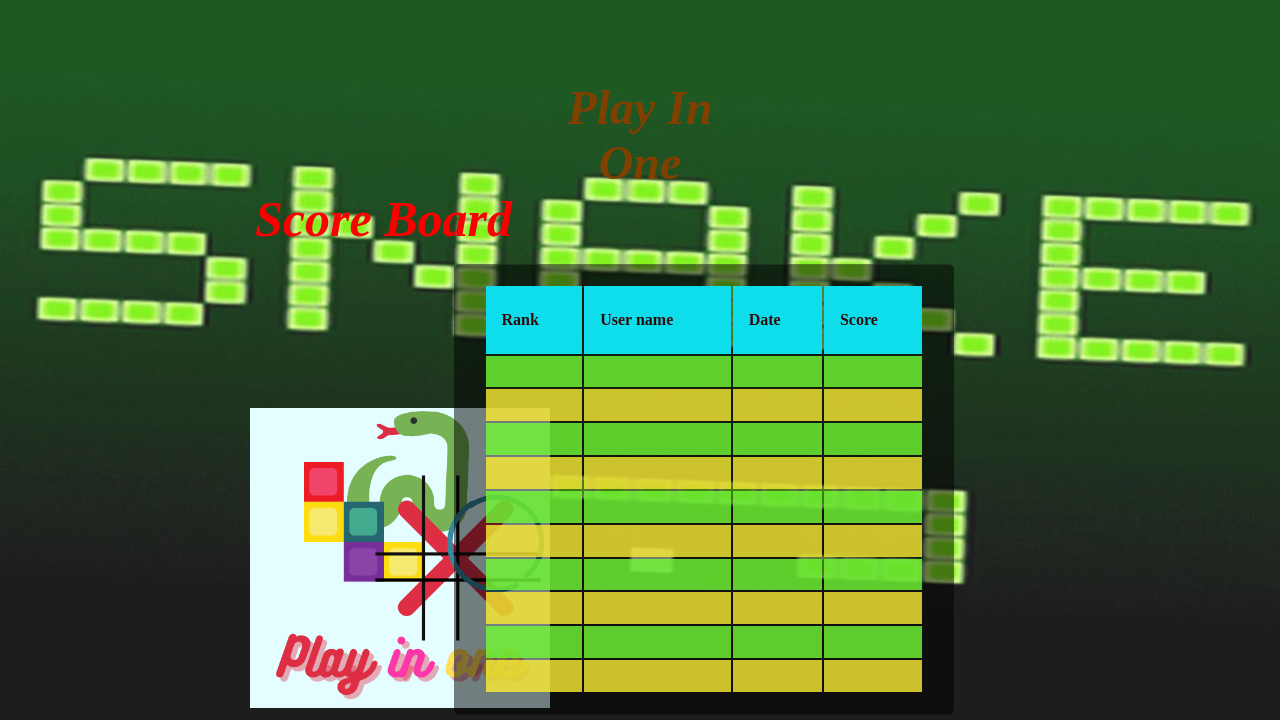
Repository: Syeda-Somiya-Tasnim/Game-Develepment-Project
Page: hs-snake.html
These files come from the project's save history. The page is drawn as it stood at one moment and after the next save; the edit follows.
The browser window is 1280 px wide. The pictures show the whole page.

Above is the page before, as saved 2020-10-26 13:14:51.

### hs-snake.html
<!DOCTYPE html>
<head>
<meta charset="ISO-8859-1">
<title>play in one gaming website</title>
<link href="hs-snake.css" rel="stylesheet" type="text/css">

</head>
<body>

	<div class="main_div">

  <h1><font size="70" color="#804000">Play In One</font></h1>

	<h2>Score Board</h2><br>
  </div>

<div class="contenido">
    <div class="container">
    <div class="box">
        <div class="image">
            <img src="images/Play In One.png">
        </div>

<div class="form">
<ul class="backgroundslider">
	<li></li>
	<li></li>
	<li></li>
  </ul>

<form action="login.py" method="POST">
<div>

<form action="#">

    <main>

	<table class="login">

        <tr>
          <th>Rank</th>
          <th>User name</th>
          <th>Date</th>
          <th>Score</th>
        </tr>

        <tr>
          <td></td>
          <td></td>
          <td></td>
          <td></td>
        </tr>
        <tr>
          <td></td>
          <td></td>
          <td></td>
          <td></td>
        </tr>
        <tr>
          <td></td>
          <td></td>
          <td></td>
          <td></td>
        </tr>
        <tr>
          <td></td>
          <td></td>
          <td></td>
          <td></td>
        </tr>
        <tr>
          <td></td>
          <td></td>
          <td></td>
          <td></td>
        </tr>
        <tr>
          <td></td>
          <td></td>
          <td></td>
          <td></td>
        </tr>
        <tr>
          <td></td>
          <td></td>
          <td></td>
          <td></td>
        </tr>
        <tr>
          <td></td>
          <td></td>
          <td></td>
          <td></td>
        </tr>
        <tr>
          <td></td>
          <td></td>
          <td></td>
          <td></td>
        </tr>
        <tr>
          <td></td>
          <td></td>
          <td></td>
          <td></td>
        </tr>

      </table>
    </main>
</form>
</div>
</div>

</div>

</body>
</html>

### hs-snake.css
@CHARSET "ISO-8859-1";
* {
	margin:0px;
	padding:0px;
}
h2{
	text-align: center;
	right: 60%;
	margin: 0px auto;
	color:rgb(250, 0, 0);
	font-size:50px;
	border-radius: 5px;
	position: absolute;
	top: 10;
}
.login {

	width: 500px;
	height: 450px;
	position: relative;
	top: 70px;
	right: 70%;
	margin: -184px 0px 0px -155px;
	background: rgba(0,0,0,0.5);
	padding: 20px 30px;
	border-radius: 5px;
	box-shadow: 0px 1px 0px rgba(0,0,0,0.3),inset 0px 1px 0px rgba(255,255,255,0.07)
  }
main {
    display: flex;
	justify-content: center;
	left: 20%;
  }

  table {
    max-width: 150%;
  }

  tr:nth-child(odd) {
	background-color: rgba(250, 237, 53, 0.808);
	color: rgb(0, 0, 0);
  }
  tr:nth-child(even) {
	background-color: rgba(115, 250, 53, 0.808);
	color: rgb(48, 13, 13);
  }

  th {
    background-color: rgb(14, 222, 236);
    color: rgb(48, 13, 13);
  }

  th,
  td {
    text-align: left;
    padding: 0.5em 1em;
  }
		{
			position: relative;
			width: 100%;
			height: 600%;
		}
		.container .box
		{
			position: relative;
			width: 100%;
			height: 300px;
			display: flex;
			justify-content: last baseline;
			align-items:left;
			top: 170px;
		}
		.container .box .image
		{
			position: relative;


        }
        .container .box .image img
		{
			position: relative;
            width: 300px;
            top: 10%;
            right: 100%;

		}
.main_div{
	text-align:center;
	color:#804000;
	font-size:-120px;
	margin-top:-120px;
	position:top;
	font-style: italic;

}

body{

padding:200px;
padding-left:550px;
padding-right:550px;
 -webkit-background-size: cover;
  -moz-background-size: cover;
  -o-background-size: cover;
  background-size: cover;
  color: #e7e7e7;

}





.contenido {
	width:100%;
	height:200px;
}
.backgroundslider {
	width:100%;
	height:100%;
	position:fixed;
	top:0px;
	left:0px;
	z-index:-1;
}
.backgroundslider li {
	position:absolute;
	width:100%;
	height:100%;
	background-position:center center;
	background-repeat:no-repeat;
	background-size:cover;
	opacity:0;
	animation:imagenes 18s linear infinite;
	-moz-animation:imagenes 18s linear infinite;
	-ms-animation:imagenes 18s linear infinite;
	-o-animation:imagenes 18s linear infinite;
	-webkit-animation:imagenes 18s linear infinite;
}
.backgroundslider li:nth-child(1) {
	background-image:url(images/SNALE.jpeg);
}
.backgroundslider li:nth-child(2) {
	background-image:url(images/TETRIS.jpeg);
	animation-delay:6s;
	-moz-animation-delay:6s;
	-ms-animation-delay:6s;
	-o-animation-delay:6s;
	-webkit-animation-delay:6s;
}
.backgroundslider li:nth-child(3) {
	background-image:url(images/TICTAC.jpeg);
	animation-delay:12s;
	-moz-animation-delay:12s;
	-ms-animation-delay:12s;
	-o-animation-delay:12s;
	-webkit-animation-delay:12s;
}
@keyframes imagenes {
	0% { opacity:0; animation-timing-function:ease-in; }
	10% { opacity:1; animation-timing-function:ease-out; }
	25% { opacity:1; transform:scale(1); }
	50% { opacity:0; transform:scale(2) rotate(20deg); }
	100% { opacity:0; }
}
@-moz-keyframes imagenes {
	0% { opacity:0; animation-timing-function:ease-in; }
	10% { opacity:1; animation-timing-function:ease-out; }
	25% { opacity:1; transform:scale(1); }
	50% { opacity:0; transform:scale(2) rotate(20deg); }
	100% { opacity:0; }
}
@-o-keyframes imagenes {
	0% { opacity:0; animation-timing-function:ease-in; }
	10% { opacity:1; animation-timing-function:ease-out; }
	25% { opacity:1; transform:scale(1); }
	50% { opacity:0; transform:scale(2) rotate(20deg); }
	100% { opacity:0; }
}
@-ms-keyframes imagenes {
	0% { opacity:0; animation-timing-function:ease-in; }
	10% { opacity:1; animation-timing-function:ease-out; }
	25% { opacity:1; transform:scale(1); }
	50% { opacity:0; transform:scale(2) rotate(20deg); }
	100% { opacity:0; }
}
@-webkit-keyframes imagenes {
	0% { opacity:0; animation-timing-function:ease-in; }
	10% { opacity:1; animation-timing-function:ease-out; }
	25% { opacity:1; transform:scale(1); }
	50% { opacity:0; transform:scale(2) rotate(20deg); }
	100% { opacity:0; }
}

}

After the next save:
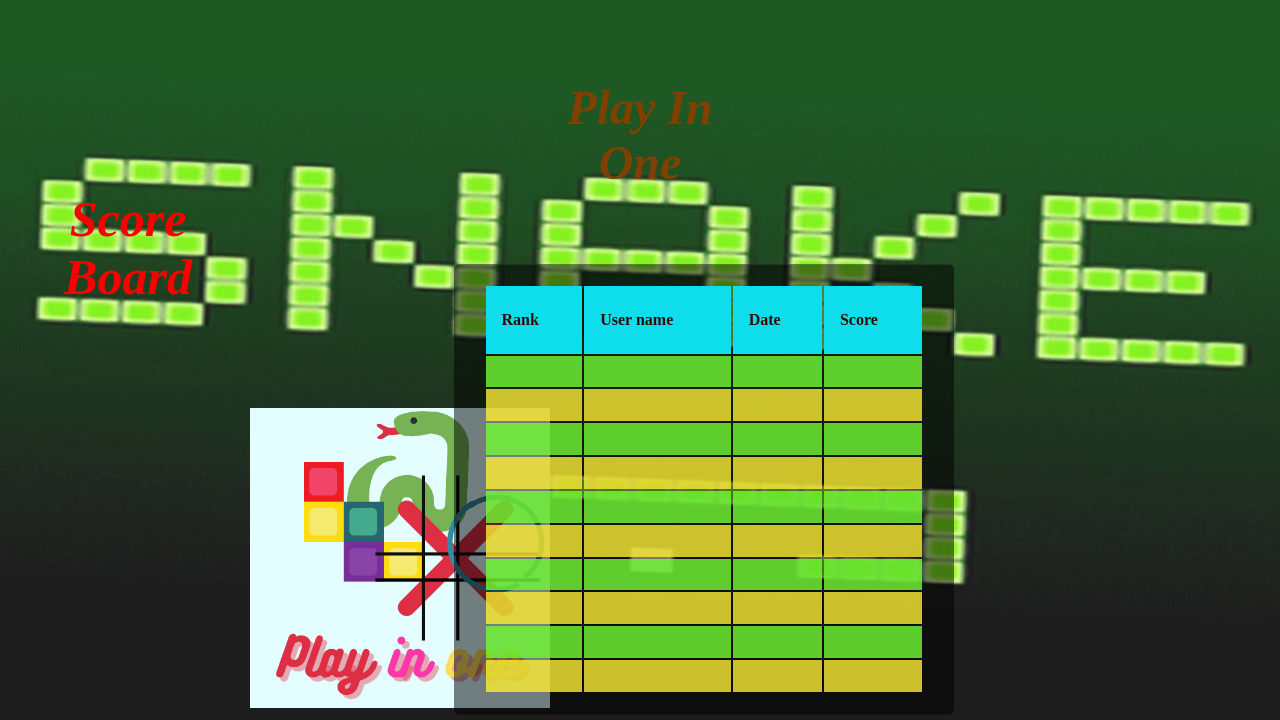
Saved 19 s later.
--- a/hs-snake.css
+++ b/hs-snake.css
@@ -5,7 +5,7 @@
 }
 h2{
 	text-align: center;
-	right: 60%;
+	right: 80%;
 	margin: 0px auto;
 	color:rgb(250, 0, 0);
 	font-size:50px;
